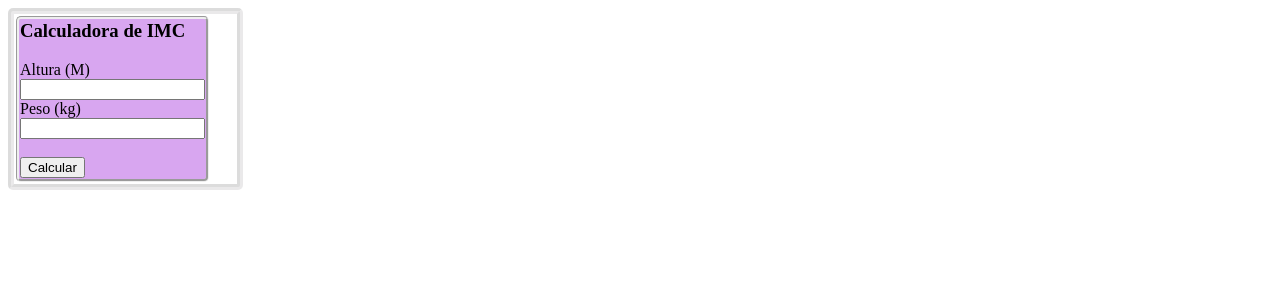
Repository: Patriciamativi/Projetos
Page: index.html
These files come from the project's save history. The page is drawn as it stood at one moment and after the next save; the edit follows.
The browser window is 1280 px wide. The pictures show the whole page.

Above is the page before, as saved 2022-12-17 20:50:35.

After the next save:
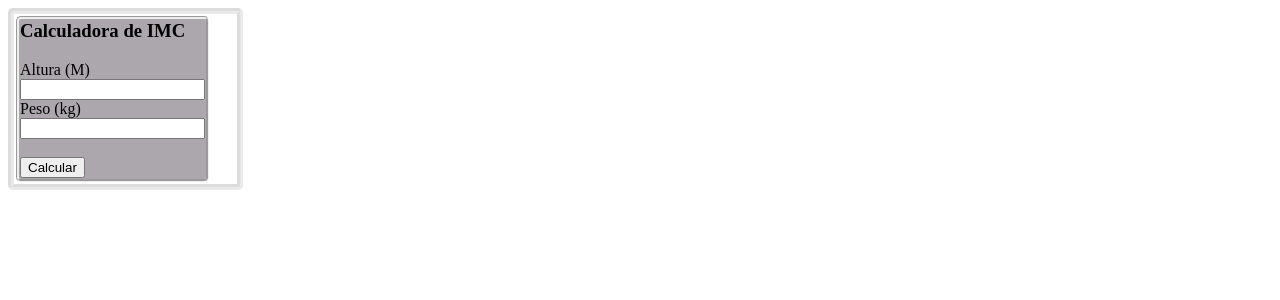
Saved 78 s later.
--- a/style.css
+++ b/style.css
@@ -6,5 +6,5 @@
 td {
     border-style: groove;
     border-radius: 5px;
-    background-color: rgb(216, 166, 240);
+    background-color: rgba(60, 51, 65, 0.432);
 }
